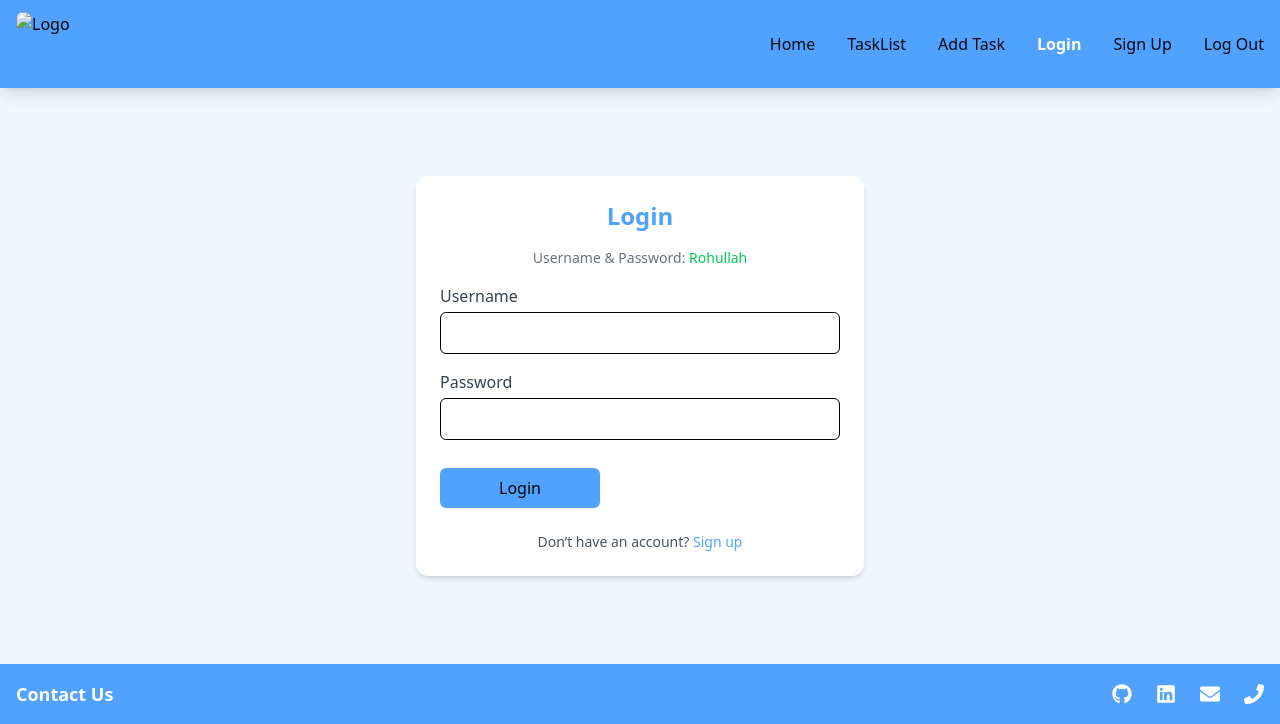
Repository: Rohullah-Noori/TaskApp
Page: /
These files come from the project's save history. The page is drawn as it stood at one moment and after the next save; the edit follows.
The browser window is 1280 px wide. The pictures show the whole page.
The project was rebuilt for these pictures with package versions that can differ from the ones it lists, and the page was loaded fresh each time. Also part of the build but not shown: vite.config.js, src/components/Loader.jsx, src/pages/Landing.jsx, src/pages/Home.jsx, src/pages/Signup.jsx, src/pages/Addtask.jsx, src/pages/Edittask.jsx, src/pages/Errorpage.jsx and 1 more.

Above is the page before, as saved 2025-06-23 10:49:00.

After the next save:
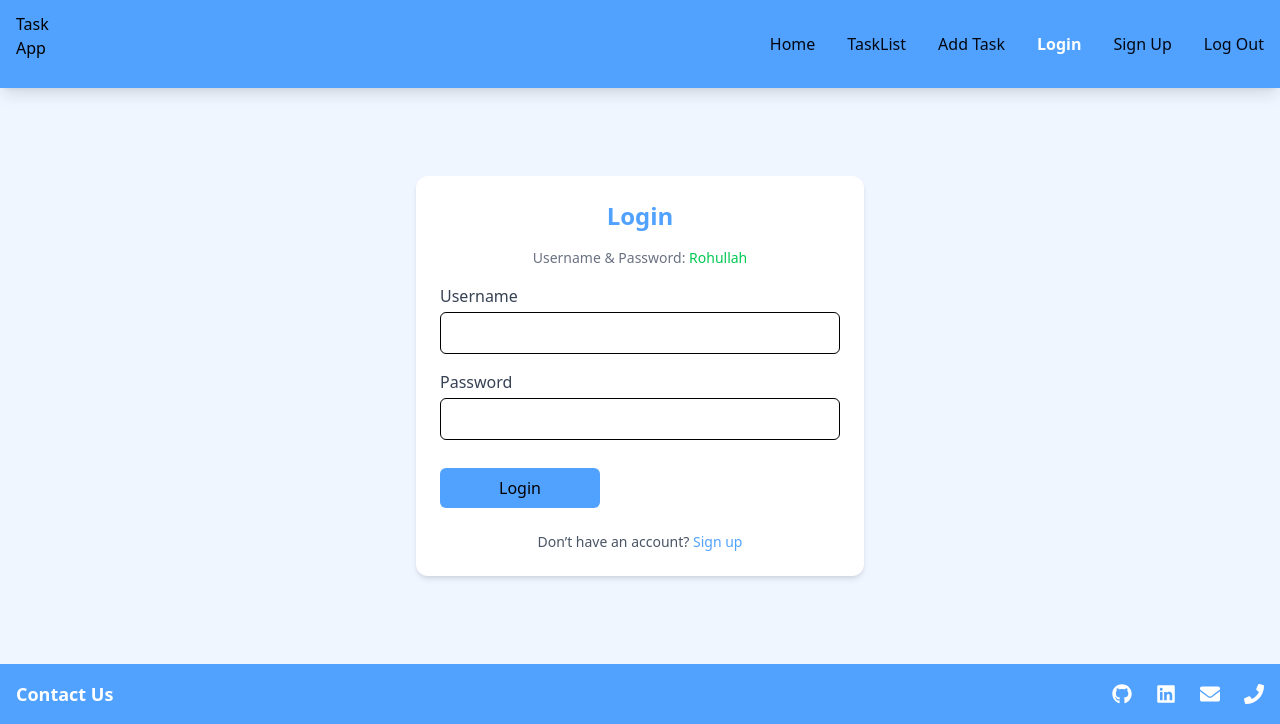
Saved 15 s later.
--- a/src/components/Navbar.jsx
+++ b/src/components/Navbar.jsx
@@ -21,11 +21,7 @@ function Navbar() {
     <nav className="bg-blue-400 shadow-lg sticky top-0 z-50">
       <div className="flex items-center justify-between px-4 py-3">
         <div className="w-16 h-16">
-          <img
-            src=""
-            alt="Logo"
-            className="rounded-lg object-cover w-full h-full"
-          />
+          <h1>Task App </h1>
         </div>
 
         <div className="lg:hidden">
